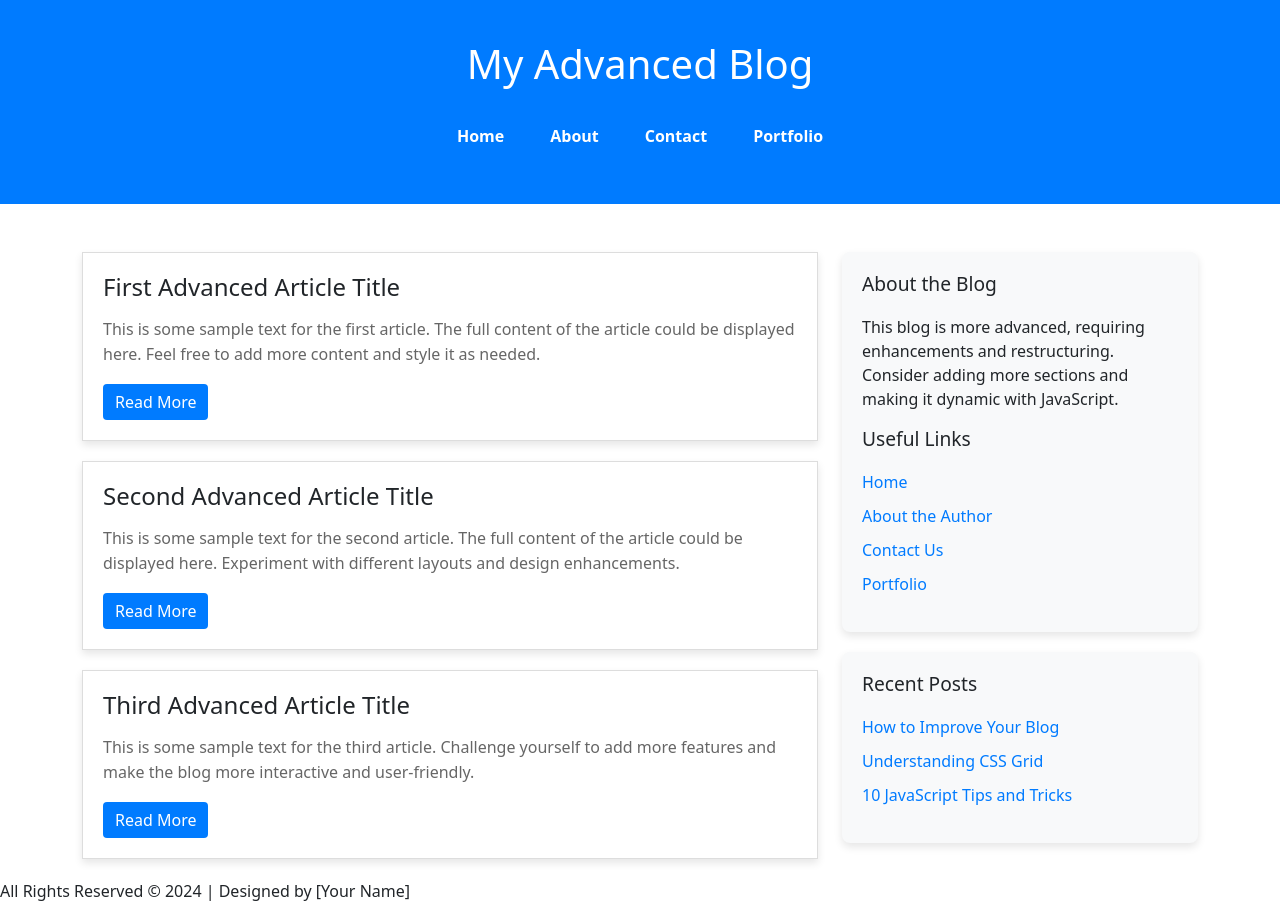
Repository: zeinawady/Blog-Code-Refactoring
Page: index.html
The author's editor kept a copy of each file at every save. The page is drawn from the files as they stood at one save, then again after the next save.
The browser window is 1280 px wide. The pictures show the whole page.

Above is the page before, as saved 2024-09-23 14:36:58.

After the next save:
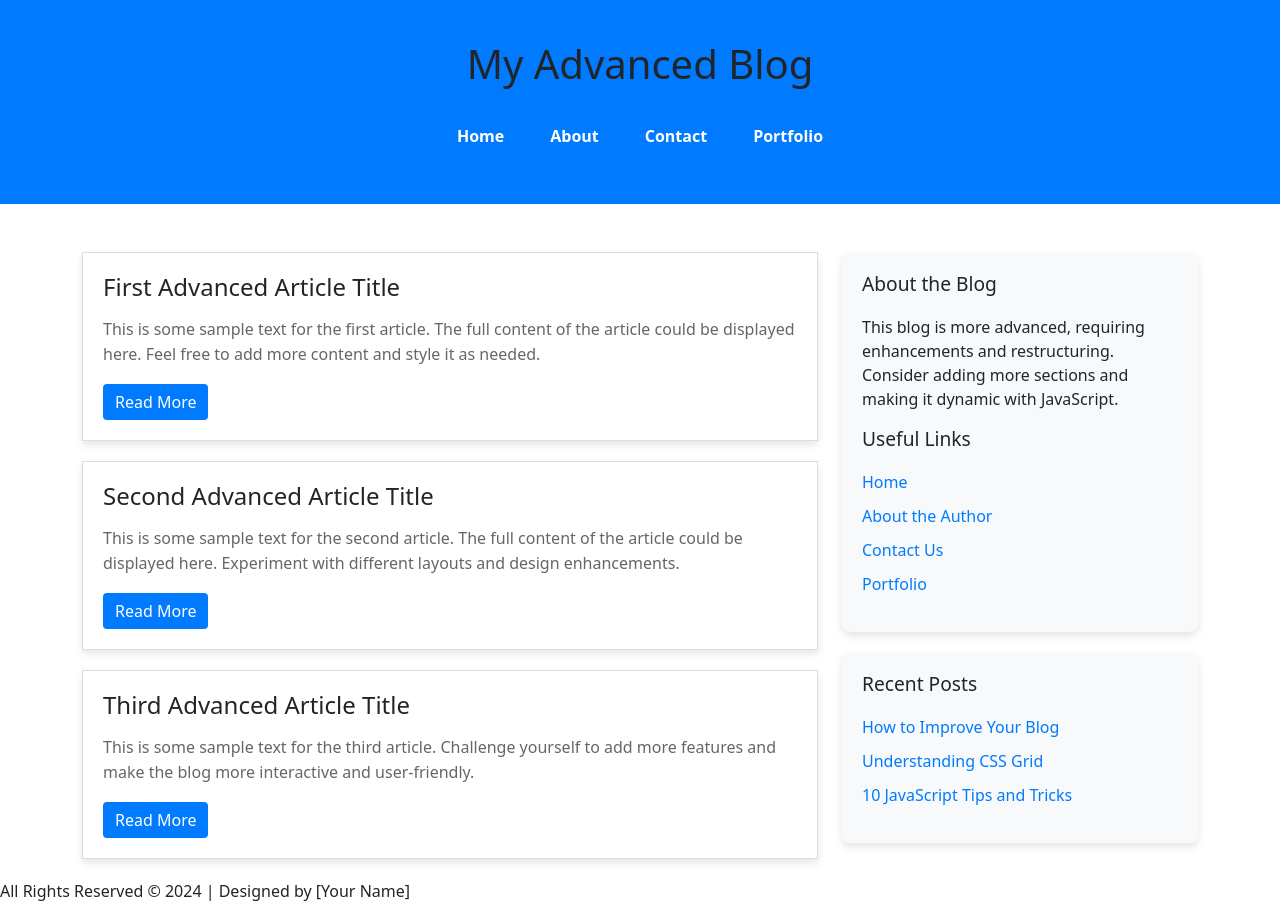
Saved 5 s later.
--- a/index.html
+++ b/index.html
@@ -12,7 +12,7 @@
 
   </head>
   <body>
-    <header class="text-white ">
+    <header class=" ">
       <h1 class="text-center">My Advanced Blog</h1>
       <nav class="navbar navbar-expand-lg bg-body-tertiary">
         <div class="container">

After the save that followed:
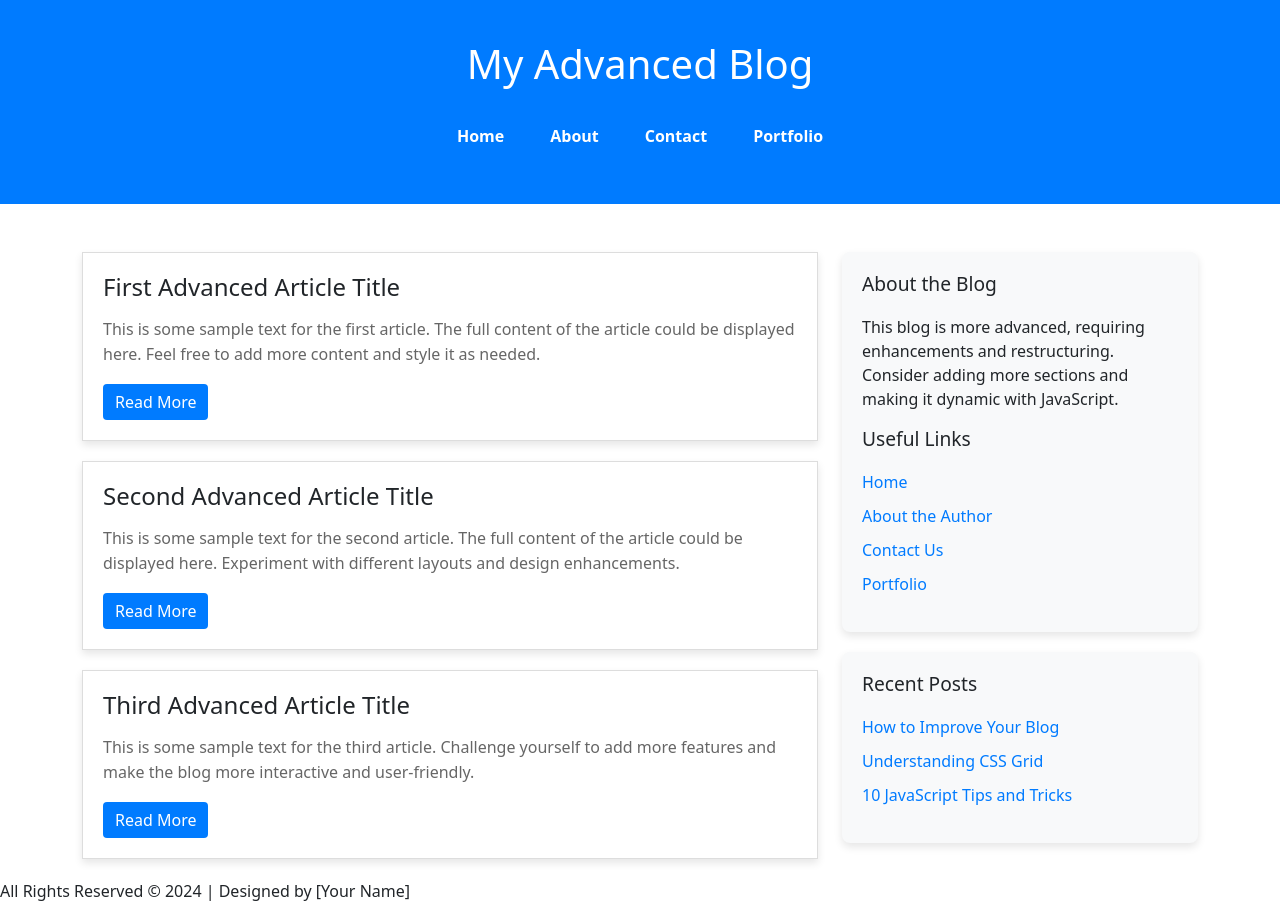
Saved 7 s later.
--- a/index.html
+++ b/index.html
@@ -13,7 +13,7 @@
   </head>
   <body>
     <header class=" ">
-      <h1 class="text-center">My Advanced Blog</h1>
+      <h1 class="text-center text-white">My Advanced Blog</h1>
       <nav class="navbar navbar-expand-lg bg-body-tertiary">
         <div class="container">
 
